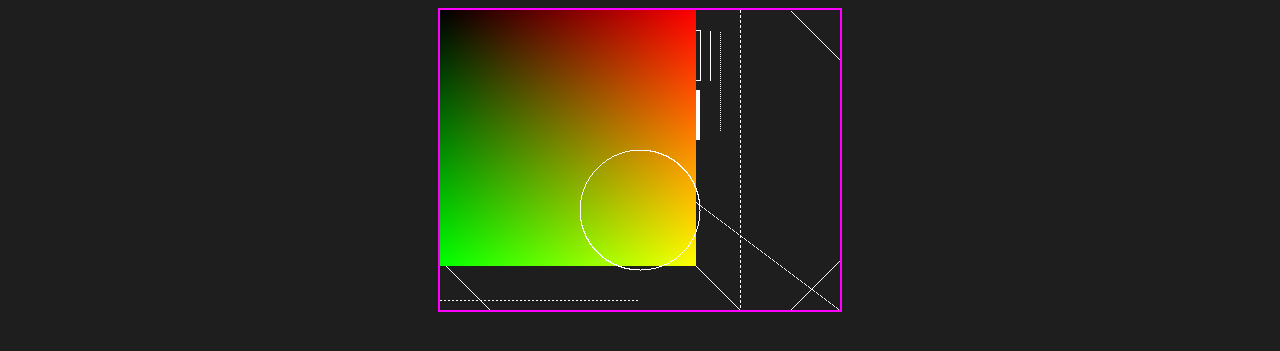
Repository: StarLightGX/miao
Page: paint.html
The author's editor kept a copy of each file at every save. The page is drawn from the files as they stood at one save, then again after the next save.
The browser window is 1280 px wide. The pictures show the whole page.

Above is the page before, as saved 2020-11-13 16:28:55.

### paint.html
<!DOCTYPE html>
<html lang="en">
  <head>
    <meta charset="UTF-8" />
    <title>画图</title>
    <style>
      html {
        background-color: rgb(30, 30, 30);
      }
      canvas {
        border: 2px solid #f0f;
        display: block;
        margin: auto;
      }
    </style>
  </head>
  <body>
    <canvas width="400" height="300"></canvas>
  </body>
  <script>
    var canvas = document.querySelector("canvas");
    canvas.style.imageRendering = "pixelated";
    var ctx = canvas.getContext("2d");

    function dot(x, y, color = "white") {
      x = x | 0;
      y = y | 0;
      ctx.fillStyle = color;
      ctx.fillRect(x, y, 1, 1);
    }

    function line(x1, y1, x2, y2) {
      ctx.strokeStyle = "black";
      ctx.moveTo(x1, y1);
      ctx.lineTo(x2, y2);
      ctx.stroke();
    }
    /**
   * YOUR TASK
画图的题：
画一条实线
画一条一个实点一个空点的虚线
画一条两个实点两个空点的虚线
画一条三个实点两个空点的虚线
画一条45度的斜线
画一条30度的斜线（选做）
在四个角画分别画一条45度的斜线以让画面看起来像一个相框
画一条跨越画布左上角和右下角的对角线
画一个空心矩形
画一个实心矩形
画一个rgb色彩空间的某一面
画一个空心的圆
画一个实心的圆
画一个大小合适的sin(x)的图像
   */
  </script>
  <script>
    // YOUR CODE GOES BELOW
    var x = 1;
    var y = 1;
    var i = 0;

    // 画一条实线
    y = 20;
    for (i = 0; i < 50; i++) {
      y = y + 1;
      x = 270;
      dot(x, y);
    }

    // 画一条一个实点一个空点的虚线
    y = 20;
    for (i = 0; i < 50; i++) {
      y = y + 2;
      x = 280;
      dot(x, y);
    }

    // 画一条两个实点两个空点的虚线
    for (var x = 0; x < 200; x++) {
      if (x % 4 < 2) {
        dot(x, 290);
      }
    }

    // for (i = 0; i < 50; i++) {
    //   y = 4 * (i + 1);
    //   x = 290;
    //   dot(x, y);
    // }

    // for (i = 0; i < 50; i++) {
    //   y = 4 * (i + 1) + 1;
    //   x = 290;
    //   dot(x, y);
    // }

    // 画一条三个实点两个空点的虚线

    for (i = 0; i < 100; i++) {
      y = 5 * (i + 1);
      x = 300;
      dot(x, y - 10);
    }

    for (i = 0; i < 100; i++) {
      y = 5 * (i + 1) + 1;
      x = 300;
      dot(x, y - 10);
    }

    for (i = 0; i < 100; i++) {
      y = 5 * (i + 1) + 2;
      x = 300;
      dot(x, y - 10);
    }

    // 画一条45度的斜线
    y = 0;
    for (i = 0; i < 1050; i++) {
      y = y + 1;
      x = y;
      dot(x, y);
    }
    // 画一条30度的斜线（选做）
    for (var x = 0; x < 200; x++) {
      var y = x / Math.sqrt(3);
      dot(x, y);
    }

    // 在四个角画分别画一条45度的斜线以让画面看起来像一个相框
    y = 0;
    for (i = 0; i < 1050; i++) {
      y = y + 1;
      x = y;
      dot(x - 250, y);
    }
    y = 0;
    for (i = 0; i < 1050; i++) {
      y = y + 1;
      x = y;
      dot(x + 350, y);
    }
    y = 0;
    for (i = 0; i < 1050; i++) {
      y = y + 1;
      x = -y;
      dot(x + 50, y);
    }
    y = 0;
    for (i = 0; i < 1050; i++) {
      y = y + 1;
      x = -y;
      dot(x + 650, y);
    }

    // 画一条跨越画布左上角和右下角的对角线
    y = 0;
    for (i = 0; i < 500; i++) {
      y = y + 1;
      x = (4 / 3) * y;
      dot(x, y);
    }
    // 画一个空心矩形
    y = 20;
    for (i = 0; i < 50; i++) {
      y = y + 1;
      x = 260;
      dot(x, y);
    }
    y = 20;
    for (i = 0; i < 50; i++) {
      y = y + 1;
      x = 230;
      dot(x, y);
    }
    y = 20;
    for (i = 0; i < 31; i++) {
      y = y + 1;
      x = 30;
      dot(y + 209, x - 10);
    }
    y = 20;
    for (i = 0; i < 31; i++) {
      y = y + 1;
      x = 30;
      dot(y + 209, x + 40);
    }
    // 画一个实心矩形

    for (x = 230; x < 260; x++) {
      for (y = 80; y < 130; y++) {
        dot(x, y);
      }
    }

    // 画一个rgb色彩空间的某一面
    for (x = 0; x < 256; x++) {
      for (y = 0; y < 256; y++) {
        dot(x, y, "rgb" + "(" + x + "," + y + "," + 0 + ")");
      }
    }
    // 画一个空心的圆
    var r = 60;

    for (x = -r; x < r; x++) {
      y = Math.sqrt(r * r - x * x);
      dot(x + 200, y + 200);
      dot(x + 200, -y + 200);
    }
    for (y = -r; y < r; y++) {
      x = Math.sqrt(r * r - y * y);
      dot(x + 200, y + 200);
      dot(-x + 200, y + 200);
    }
    // 画一个实心的圆

    // 画一个大小合适的sin(x)的图像
    y = 30;
    x = 30;
  </script>
</html>

After the next save:
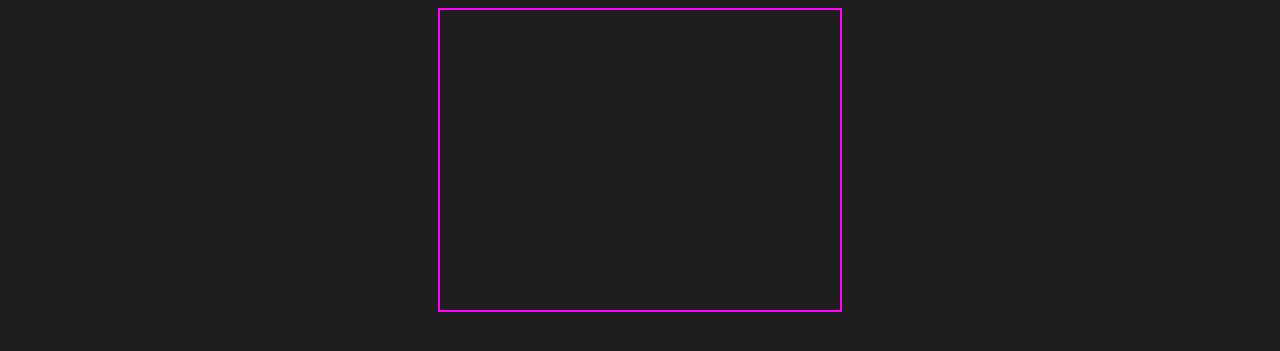
Console error: SyntaxError: Unexpected token ')'
Saved 3 min 9 s later.
--- a/paint.html
+++ b/paint.html
@@ -201,7 +201,7 @@
       }
     }
     // 画一个空心的圆
-    var r = 60;
+    var r = 90;
 
     for (x = -r; x < r; x++) {
       y = Math.sqrt(r * r - x * x);
@@ -213,6 +213,8 @@
       dot(x + 200, y + 200);
       dot(-x + 200, y + 200);
     }
+
+     for (var theta = 0; theta)
     // 画一个实心的圆
 
     // 画一个大小合适的sin(x)的图像

After the 2 saves that followed:
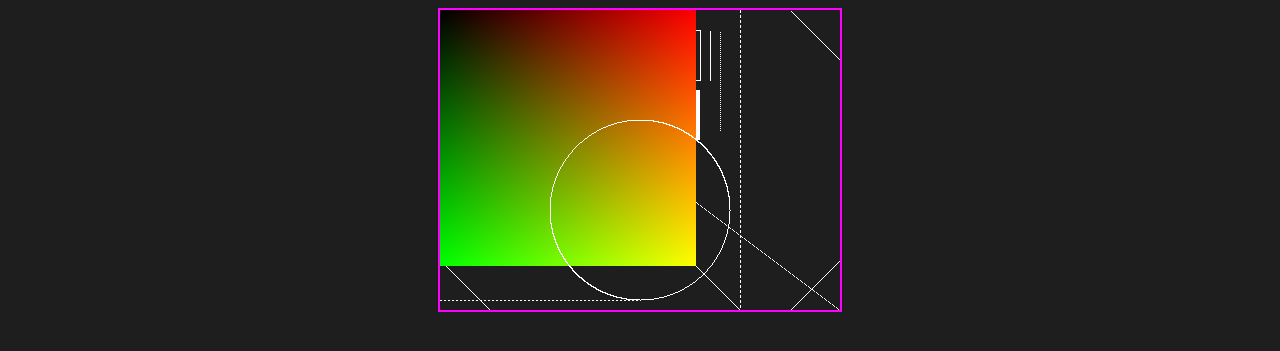
The error is gone.
The 2 saves are shown as one change because 1 left the picture as it was.
The last was saved 15 s later.
--- a/paint.html
+++ b/paint.html
@@ -214,7 +214,7 @@
       dot(-x + 200, y + 200);
     }
 
-     for (var theta = 0; theta)
+    //  for (var theta = 0; theta)
     // 画一个实心的圆
 
     // 画一个大小合适的sin(x)的图像
